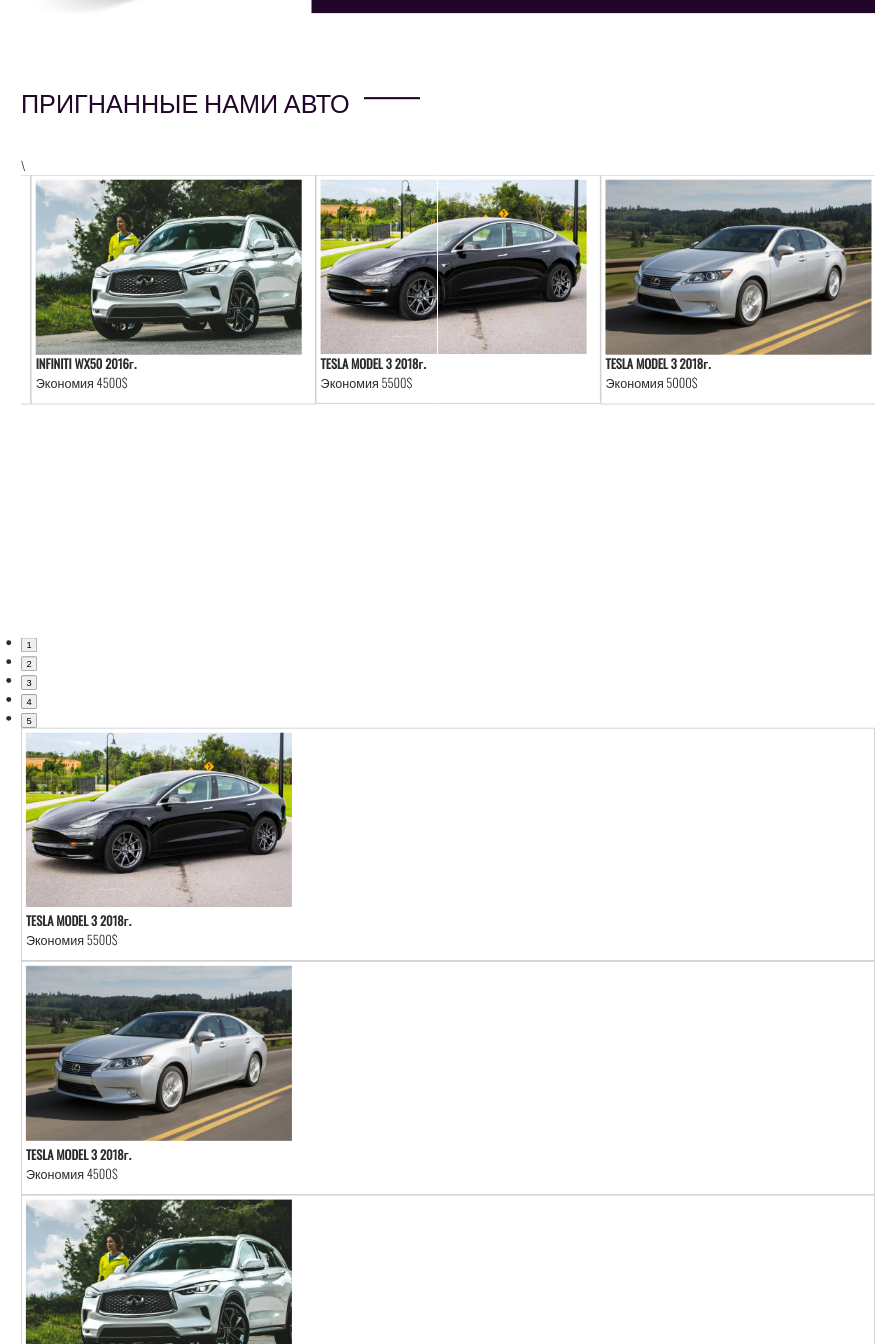
Repository: AlexandrLewandowski/site-1
Page: index.html
An editor plug-in stored every save of this project. The page is shown before and after the next save, followed by the edit.
The browser window is 1280 px wide. The pictures show the part of the page from y = 2674 to 4594 px (the page is 4815 px tall), at 70% of full size.

Above is the page before, as saved 2024-05-06 18:11:40.

### index.html
<!DOCTYPE html>
<html lang="en">

<head>
    <meta charset="UTF-8">
    <meta name="viewport" content="width=device-width, initial-scale=1.0">
    <meta http-equiv="X-UA-Compatible" content="ie=edge">
    <title>Mustang</title>
    <link rel="preconnect" href="https://fonts.googleapis.com">
    <link rel="preconnect" href="https://fonts.gstatic.com" crossorigin>
    <link href="https://fonts.googleapis.com/css2?family=Oswald:wght@300;400&display=swap" rel="stylesheet">
    <link rel="stylesheet" href="css/reset.css">
    <link rel="stylesheet" href="css/slick.css">
    <link rel="stylesheet" href="css/jquery.fancybox.css">
    <link rel="stylesheet" href="css/style.css">
</head>

<body>

    <header class="header">
        <div class="container">
            <div class="header__top">
                <a class="logo" href="#">
                    <img class="logo__img" src="images/logo.svg" alt="logo">
                </a>
                <a class="phone" href="tel:88005553535">8-800-555-35-35</a>
            </div>
            <div class="header__content">
                <h1 class="header__title">
                    Авто из США "под ключ"
                </h1>
                <h2 class="header__subtitle">
                    Закажи себе авто из США с выгодой до 40%
                </h2>
                <p class="header__text">
                    Покупка, доставка, растаможка, ремонт и оформление по договору
                </p>
                <a class="button" href="#">консультация эксперта</a>
                <div class="header__social">
                    <a class="header__social-link" href="#">
                        <img class="header__social-img" src="images/icon/instagram.svg" alt="">
                    </a>
                    <a class="header__social-link" href="#">
                        <img class="header__social-img" src="images/icon/telegram.svg" alt="">
                    </a>
                    <a class="header__social-link" href="#">
                        <img class="header__social-img" src="images/icon/whatsapp.svg" alt="">
                    </a>
                    <a class="header__social-link" href="#">
                        <img class="header__social-img" src="images/icon/facebook.svg" alt="">
                    </a>
                </div>
                <img class="header__images" src="images/ford-mustang.png" alt="ford mustang">
            </div>
        </div>
    </header>

    <section class="services">
        <div class="container">
            <h2 class="title">Наши услуги</h2>
            <div class="services__inner">
                <div class="services__content">
                    <div class="services__content-box">
                        <h6 class="services__content-title">
                            Почему ввоз авто из США
                        </h6>
                        <div class="services__content-textbox">
                            <p class="services__content-text">
                                Мы сравнили рынки США с Европейскими и поняли, что покупка автомобиля в Америке выгоднее
                                в несколько раз, как бы парадоксально это не звучало. Это вызвано продуманной
                                логистикой, уровнем развития сервисов по оцениванию состояния авто и самим процессом
                                покупки автомобиля.
                            </p>
                            <p class="services__content-text">
                                Большинство граждан США берут автомобиль в лизинг на несколько лет и все время
                                эксплуатации сама лизинговая компания занимается постоянным ТО автомобиля, вследствие
                                чего, машины из США – один из лучших выборов для автолюбителей иностранных авто.
                            </p>
                        </div>
                    </div>
                    <div class="services__content-box">
                        <h6 class="services__content-title">
                            Из-за чего низкая цена?
                        </h6>
                        <div class="services__content-textbox">
                            <p class="services__content-text">
                                Битые автомобили из США выкупаются с аукционов страховых компаний. На этих аукционах
                                машина теряет половину цены даже из-за минимальных повреждений. Если учитывать денежные
                                затраты, а именно выкуп, доставку, таможню и ремонт, то цена аналогичного по состоянию
                                автомобиля в СНГ будет выше на 35-50%, а новые будут стоить космических денег.
                            </p>
                        </div>
                    </div>
                    <a class="button button--decor" href="#">консультация эксперта</a>
                </div>
                <ol class="services__list">
                    <li class="services__item">
                        <p class="services__item-title">Покупка авто</p>
                        <p class="services__item-text">Подбор автомобиля и экспертная проверка</p>
                    </li>
                    <li class="services__item">
                        <p class="services__item-title">Доставка морем</p>
                        <p class="services__item-text">Расчет оптимальной стоимости доставки авто</p>
                    </li>
                    <li class="services__item">
                        <p class="services__item-title">Растаможка авто</p>
                        <p class="services__item-text">Прохождение таможенного оформления (2-3 дня)</p>
                    </li>
                    <li class="services__item">
                        <p class="services__item-title">Ремонт авто</p>
                        <p class="services__item-text">Комплексный ремонт автомобиля на СТО</p>
                    </li>
                    <li class="services__item">
                        <p class="services__item-title">Сертификация</p>
                        <p class="services__item-text">Услуга предоставляется по желанию</p>
                    </li>
                    <li class="services__item">
                        <p class="services__item-title">Постановка на учет</p>
                        <p class="services__item-text">Оформление автомобиля в СНГ</p>
                    </li>
                </ol>
            </div>
        </div>
    </section>
    <section class="benefits">
        <div class="container">
            <div class="benefits__inner">
                <img CLASS="benefits__images" src="images/car.png" alt="car">
                <div class="benefits__content">
                    <h2 class="title benefits__title">Почему мы?</h2>
                    <ul class="benefits__list">
                        <li class="benefits__item">
                            <p class="benefits__item-num">
                                650
                            </p>
                            <p class="benefits__item-title">Успешно доставленных авто</p>
                            <p class="benefits__item-text">Большой опыт пригона автомобилей из США под ключ, все клиенты
                                остались довольны</p>
                        </li>
                        <li class="benefits__item">
                            <p class="benefits__item-num">
                                5
                            </p>
                            <p class="benefits__item-title">лет на рынке СНГ</p>
                            <p class="benefits__item-text">Работает по всей территории СНГ, работаем по договору с
                                клиентами</p>
                        </li>
                        <li class="benefits__item">
                            <p class="benefits__item-num">
                                100%
                            </p>
                            <p class="benefits__item-title">доверия клиентов</p>
                            <p class="benefits__item-text">Онлайн отчетность. Вы всегда в курсе статуса подбора вашего
                                авто. Фото и видео отчет</p>
                        </li>
                    </ul>
                </div>
            </div>
        </div>
    </section>
    <section class="carousel">
        <div class="container">
            <h2 class="title">
                Пригнанные нами авто
            </h2>
            <div class="carousel__inner">\
                <div class="carousel__item">
                    <div class="carousel__item-box">
                        <img class="carousel__item-img" src="images/carousel/1.jpg" alt="carousel1">
                        <h4 class="carousel__item-title">INFINITI WX50 2016г.</h4>
                        <p class="carousel__item-text">Экономия 4500$</p>
                    </div>
                </div>
                <div class="carousel__item">
                    <div class="carousel__item-box">
                        <img class="carousel__item-img" src="images/carousel/2.jpg" alt="carousel2">
                        <h4 class="carousel__item-title">TESLA MODEL 3 2018г.</h4>
                        <p class="carousel__item-text">Экономия 5500$</p>
                    </div>
                </div>
                <div class="carousel__item">
                    <div class="carousel__item-box">
                        <img class="carousel__item-img" src="images/carousel/3.jpg" alt="carousel3">
                        <h4 class="carousel__item-title">TESLA MODEL 3 2018г.</h4>
                        <p class="carousel__item-text">Экономия 5000$</p>
                    </div>
                </div>
                <div class="carousel__item">
                    <div class="carousel__item-box">
                        <img class="carousel__item-img" src="images/carousel/2.jpg" alt="carousel2">
                        <h4 class="carousel__item-title">INFINITI QX50 2017г.</h4>
                        <p class="carousel__item-text">Экономия 5000$</p>
                    </div>
                </div>
                <div class="carousel__item-box">
                    <img class="carousel__item-img" src="images/carousel/1.jpg" alt="carousel1">
                    <h4 class="carousel__item-title">INFINITI WX50 2016г.</h4>
                    <p class="carousel__item-text">Экономия 4500$</p>
                </div>
            </div>
            <div class="carousel__item">
                <div class="carousel__item-box">
                    <img class="carousel__item-img" src="images/carousel/2.jpg" alt="carousel1">
                    <h4 class="carousel__item-title">TESLA MODEL 3 2018г.</h4>
                    <p class="carousel__item-text">Экономия 5500$</p>
                </div>
            </div>
            <div class="carousel__item">
                <div class="carousel__item-box">
                    <img class="carousel__item-img" src="images/carousel/3.jpg" alt="carousel1">
                    <h4 class="carousel__item-title">TESLA MODEL 3 2018г.</h4>
                    <p class="carousel__item-text">Экономия 4500$</p>
                </div>
            </div>
            <div class="carousel__item">
                <div class="carousel__item-box">
                    <img class="carousel__item-img" src="images/carousel/1.jpg" alt="carousel1">
                    <h4 class="carousel__item-title">INFINITI QX50 2017г.</h4>
                    <p class="carousel__item-text">Экономия 5000$</p>
                </div>
            </div>
        </div>
        </div>
    </section>

    <script src="https://ajax.googleapis.com/ajax/libs/jquery/3.4.1/jquery.min.js"></script>
    <script src="js/slick.min.js"></script>
    <script src="js/jquery.fancybox.min.js"></script>
    <script src="js/main.js"></script>
</body>

</html>

### css/style.css
*,
*::after *::before {
    box-sizing: border-box;
}

body {
    font-family: "Oswald", sans-serif;
    font-size: 18px;
    line-height: 27px;
    font-weight: 300;
    color: #2C2B2B;
}

a {
    text-decoration: none;
    color: inherit;
    display: inline-block;
}

.container {
    max-width: 1220px;
    margin: 0 auto;
    padding: 0 10px;
}

.header {
    background-image: url(../images/header-bg.jpg);
    background-repeat: no-repeat;
    background-size: cover;
    background-position: top center;
    min-height: 700px;
    color: #fff;
}

.header__top {
    padding: 47px 0 46px;
    display: flex;
    justify-content: space-between;
    align-items: center;
}

.phone {
    font-weight: 400;
    font-size: 36px;
    line-height: 54px;
}

.header__content {
    padding-top: 60px;
    position: relative;
}

.header__title {
    font-size: 72px;
    font-weight: 400;
    line-height: 107px;
    text-transform: uppercase;
}

.header__subtitle {
    font-size: 36px;
    line-height: 54px;
    font-weight: 400;
    text-transform: uppercase;
    margin-bottom: 30px;
}

.header__text {
    margin-bottom: 30px;
    max-width: 800px;
}

.button {
    font-size: 14px;
    line-height: 21px;
    text-transform: uppercase;
    padding: 14px 54px 15px;
    background-color: #5A0D67;
    transition: all .5s;
}

.button:hover {
    color: #5A0D67;
    background-color: #fff;
}

.header__social {
    padding: 70px 0 20px 65px;
    ;
    display: flex;
    align-items: center;
}

.header__social-link {
    margin-right: 10px;
}

.header__images {
    position: absolute;
    right: 0;
    bottom: -265px;
}

.services {
    padding-top: 350px;
}

.title {
    color: #21062A;
    font-size: 36px;
    line-height: 54px;
    font-weight: 400;
    text-transform: uppercase;
    margin-bottom: 50px;
    position: relative;
}

.title::after {
    content: '';
    width: 80px;
    height: 3px;
    background-color: #21062A;
    position: absolute;
    top: 20px;
    margin-left: 20px;
}

.services__inner {
    display: flex;
    margin-bottom: 100px;
}

.services__content {
    width: 505px;
    margin-right: 96px;
}

.services__content-box {}

.services__content-title {
    color: #5A0D67;
    font-size: 18px;
    line-height: 27px;
    font-weight: 300;
    margin-bottom: 12px;
}

.services__content-textbox {
    margin-bottom: 57px;
}

.services__content-text {
    margin-bottom: 12px;
}

.button--decor {
    margin-top: -7px;
    color: #fff;
    border: solid;
    position: relative;
}

.button--decor::after {
    content: 'ЖМИ';
    color: #c4c4c4;
    margin-left: 130px;
    position: absolute;
}

.button--decor::before {
    content: '';
    width: 80px;
    height: 2px;
    background-color: #c4c4c4;
    position: absolute;
    right: -65px;
    top: 24px;
}

.services__list {
    list-style: none;
    counter-reset: my-counter;
}

.services__item {
    counter-increment: my-counter;
    border: 2px solid #c4c4c4;
    margin-bottom: 12px;
    width: 450px;
    padding: 10px 15px 10px 113px;
    position: relative;
    transition: all .5s;
    cursor: pointer;
}

.services__item::before {
    content: '0'counter(my-counter);
    position: absolute;
    left: 20px;
    font-size: 36px;
    line-height: 54px;
    font-weight: 400;
    color: #c4c4c4;
    transform: rotate(270deg);
    transition: all .5s;
}

.services__item:hover {
    border: 2px solid #5a0D67;
}

.services__item:hover services__item-title {
    color: #5A0D67;
    width: 500px;
}

.services__item:hover::before {
    color: #5A0D67;
}

.services__item-title {
    font-size: 24px;
    font-weight: 300;
}

.benefits {
    margin-bottom: 100px;
}

.benefits__inner {
    display: flex;
}

.benefits__images {
    margin-right: 95px;
}

.benefits__content {
    width: 100%;
    color: #fff;
}

.benefits__title {
    margin-left: 185px;
}

.benefits__list {
    list-style: none;
    background-color: #21062A;
    padding: 25px 0 25px 185px;
}

.benefits__item {
    width: 320px;
    margin-bottom: 20px;
}

.benefits__item-num {
    font-size: 36px;
    line-height: 54px;
    font-weight: 400;
}

.benefits__item-title {
    font-size: 24px;
    line-height: 36px;
    font-weight: 300;
}

.benefits__item-text {
    color: #c4c4c4;

}

.carousel {
    margin-bottom: 100px;
}

.carousel__item-box {
    border: 1px solid #c4c4c4;
    padding: 6px 6px 16px 6px;
}

### js/main.js
$(function () {

    $('.carousel__inner').slick({
        arrows: false,
        dots: true,
        slidesToShow: 3
    });


});

Loaded but not shown: css/reset.css (common file); css/slick.css (common file); css/jquery.fancybox.css (library); js/slick.min.js (library); js/jquery.fancybox.min.js (library)

After the next save:
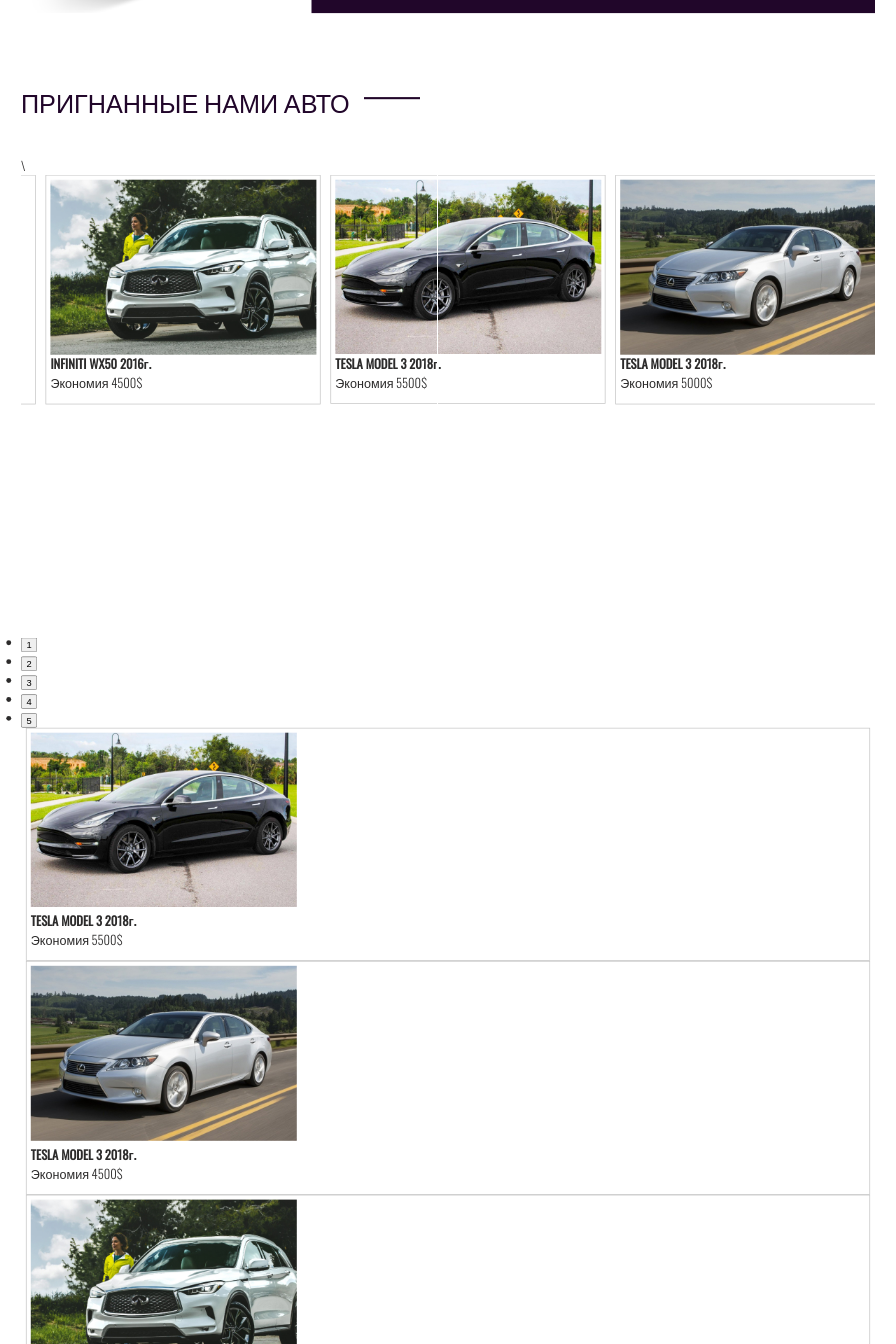
Saved 45 s later.
--- a/css/style.css
+++ b/css/style.css
@@ -279,4 +279,5 @@
 .carousel__item-box {
     border: 1px solid #c4c4c4;
     padding: 6px 6px 16px 6px;
-}
+    margin: 0 7px;
+}
